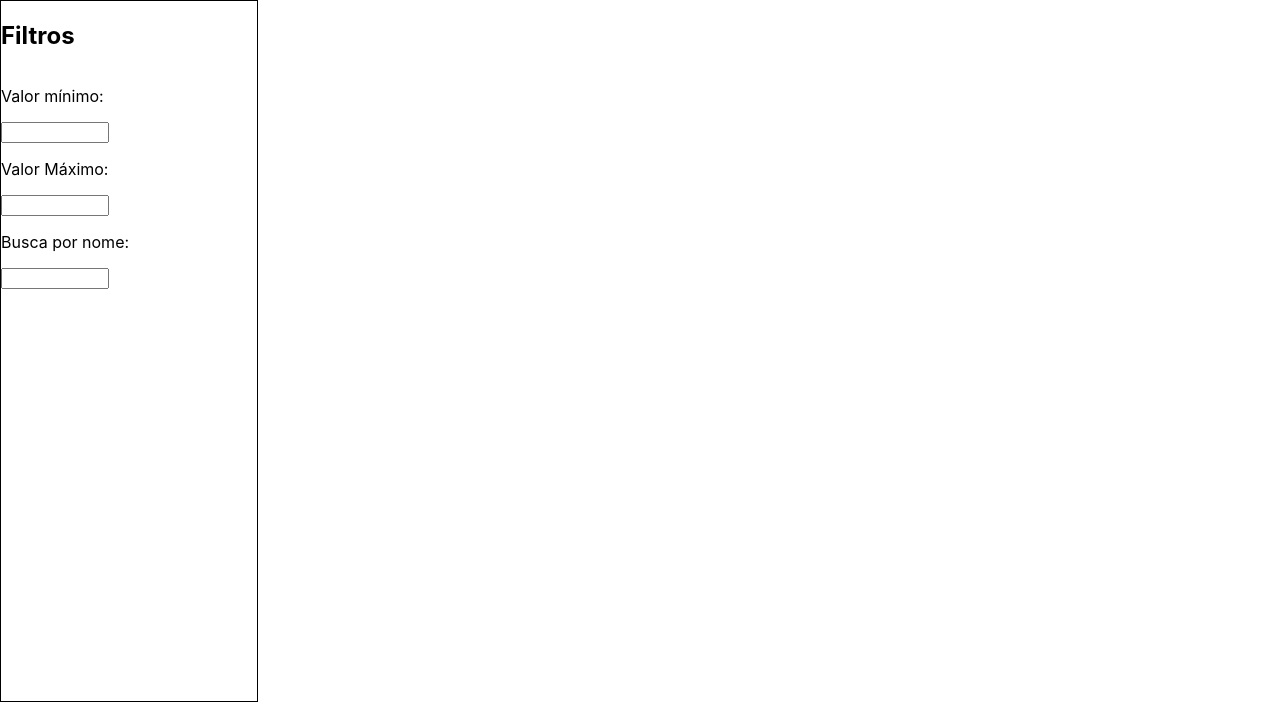
Repository: future4code/Shaw-labe-commerce9
Page: /
The author's editor kept a copy of each file at every save. The page is drawn from the files as they stood at one save, then again after the next save.
The browser window is 1280 px wide. The pictures show the whole page.
The project was rebuilt for these pictures with package versions that can differ from the ones it lists, and the page was loaded fresh each time. Also part of the build but not shown: src/App.css.

Above is the page before, as saved 2022-03-30 16:33:10.

### src/App.js
import React from 'react';
import './App.css';
import Filtro from './components/filtro';




class App extends React.Component{
  render(){
    return(

      <div>
      <Filtro />




      </div>


    )
  }

}

export default App

### src/components/filtro.jsx
import React from "react";
import styled from "styled-components";


const ContainerFiltro =styled.div`
display: flex;
flex-direction: column;
justify-content: flex-start;
width: 20%;
border: 1px solid black;
height:700px;

input{
    width: 100px;
}

`






export default class Filtro extends React.Component {

    state = {
        inputValorMin:100,
        inputValorMax:'',
        inputBuscaNome:''
    }




onChangeFilter =(event) => {

this.setState({

    inputValorMin: event.target.value,
    inputValorMax: event.target.value,
    inputBuscaNome: event.target.value

})

}


    render(){

        return(

        <ContainerFiltro>

        <h2>Filtros</h2>
        <p>Valor mínimo: </p>
        <input type="number" value={this.state.inputValorMin.value} />
        <p>Valor Máximo: </p>
        <input type="number" value={this.state.inputValorMax.value} />
        <p>Busca por nome: </p>
        <input type="text" value={this.state.inputBuscaNome.value}  />


         </ContainerFiltro>

        )
    }
}

Loaded but not shown: public/index.html (common file); src/index.js (common file); src/index.css (common file); src/serviceWorker.js (common file)

After the next save:
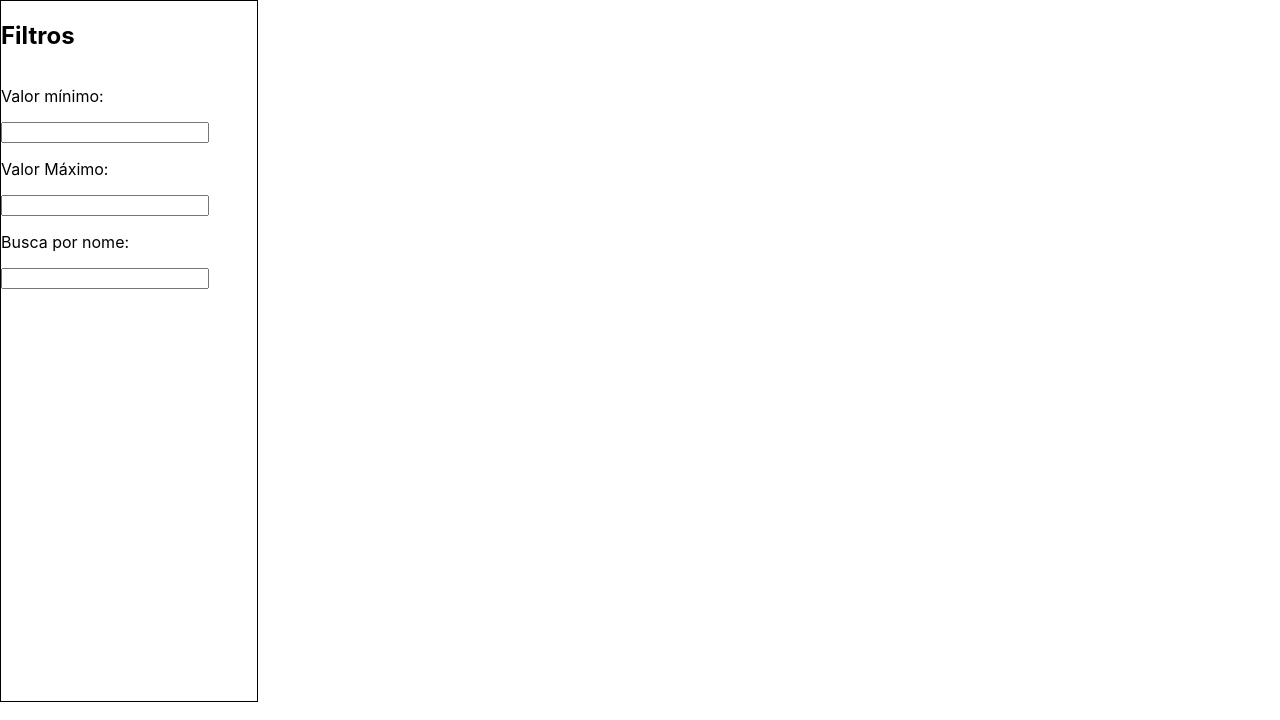
Saved 9 s later.
--- a/src/components/filtro.jsx
+++ b/src/components/filtro.jsx
@@ -11,7 +11,7 @@ border: 1px solid black;
 height:700px;
 
 input{
-    width: 100px;
+    width: 200px;
 }
 
 `
